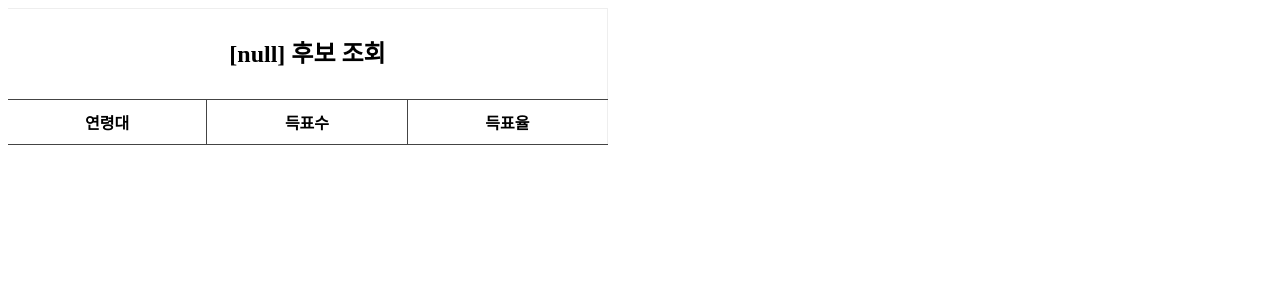
Repository: noheul1030/KOPO-HTML
Page: http://localhost/Tupyo/Tupyo/oneviewDB.jsp
The author's editor kept a copy of each file at every save. The page is drawn from the files as they stood at one save, then again after the next save.
The browser window is 1280 px wide. The pictures show the whole page.
The page is served by Tomcat 9. Queries for data that is not in the repository find no rows.

Above is the page before, as saved 2023-06-04 09:12:08.

After the next save:
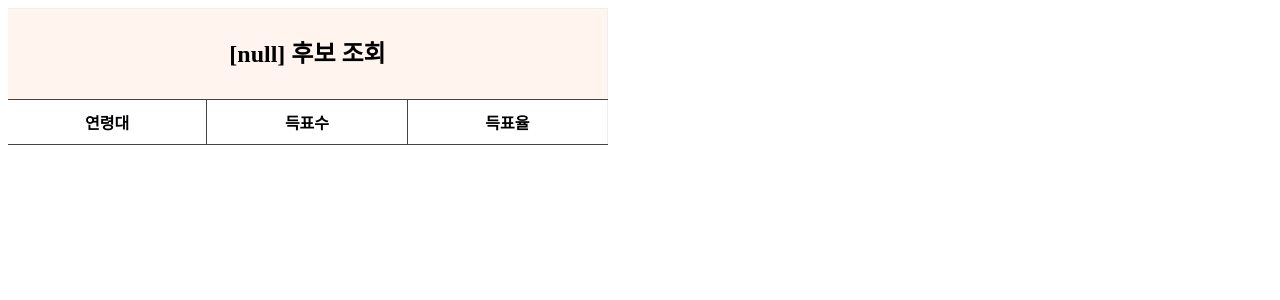
Saved 54 s later.
--- a/Tupyo/src/main/webapp/Tupyo/oneviewDB.jsp
+++ b/Tupyo/src/main/webapp/Tupyo/oneviewDB.jsp
@@ -71,7 +71,7 @@
 %>
 		<table border = 1>
 			<tr>
-				<td colspan = "3"><h2 align = center>[<%=key%>] 후보 조회</h2></td><!--해당 key값 head text 크기 1-->
+				<td bgcolor = #fff5ee colspan = "3"><h2 align = center>[<%=key%>] 후보 조회</h2></td><!--해당 key값 head text 크기 1-->
 			</tr>
 			<tr>
 				<td><b>연령대</b></td> <td><b>득표수</b></td> <td><b>득표율</b></td>
